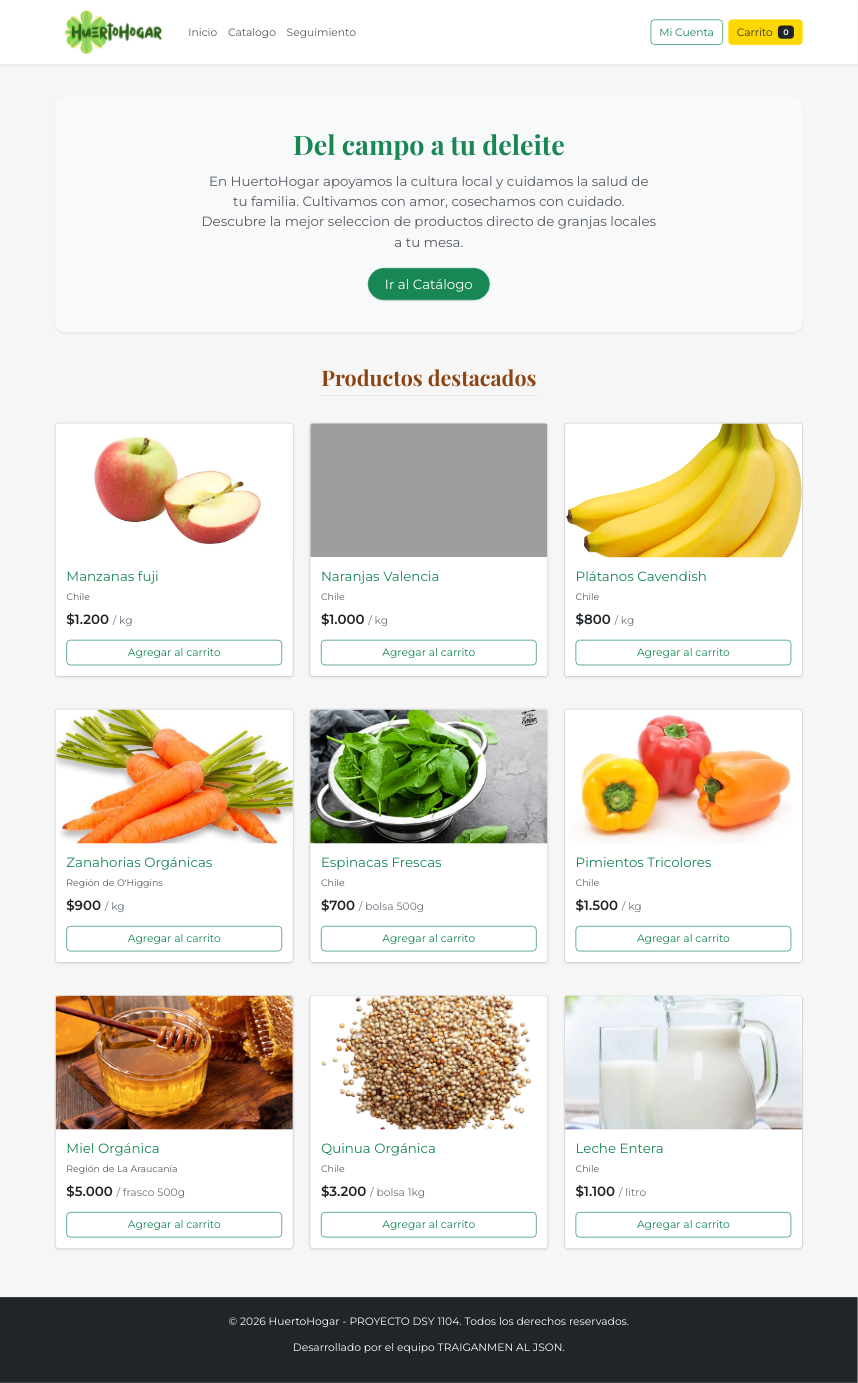
Repository: RottZen/Ev_1_Huerto_Hogar
Page: 1_inicio/index.html
An editor plug-in stored every save of this project. The page is shown before and after the next save, followed by the edit.
The browser window is 1280 px wide. The pictures show the whole page, at 67% of full size.
Pictures or frames that could not be fetched are drawn as grey boxes.

Above is the page before, as saved 2026-09-08 19:52:44.
Console error: SyntaxError: Unexpected token '{'

### 1_inicio/index.html
<!DOCTYPE html>
<html lang="es">
<head>
    <meta charset="UTF-8">
    <meta name="viewport" content="width=device-width, initial-scale=1.0">
    <title>Inicio - HuertoHogar</title>
    <link href="https://cdn.jsdelivr.net/npm/bootstrap@5.3.2/dist/css/bootstrap.min.css" rel="stylesheet">
    <link href="https://fonts.googleapis.com/css2?family=Montserrat:wght@400;600&family=Playfair+Display:wght@600;700&display=swap" rel="stylesheet">
    <link rel="stylesheet" href="../7_comunes/global.css">
    <link rel="stylesheet" href="index.css">

</head>
<body class="d-flex flex-column min-vh-100">
    <!-- menu de navegacion -->
    <header>
        <nav class="navbar navbar-expand-lg navbar-light bg-white shadow-sm">
            <div class="container">
                <a class="navbar-brand" href="../1_inicio/index.html">
                    <img src="../assets/img/logo.png" alt="Logo HuertoHogar" class="logo-header d-inline-block align-text-center">
                </a>
                <button class="navbar-toggler" type="button" data-bs-toggle="collapse" data-bs-target="#menuNavegacion">
                    <span class="navbar-toggler-icon"></span>
                </button>

                <div class="collapse navbar-collapse" id="menuNavegacion">
                    <ul class="navbar-nav me-auto mb-2 mb-lg-0">
                        <li class="nav-item"><a class="nav-link" href="../1_inicio/index.html">Inicio</a></li>
                        <li class="nav-item"><a class="nav-link" href="../2_catalogo/catalogo.html">Catalogo</a></li>
                        <li class="nav-item"><a class="nav-link" href="../6_seguimiento/rastreo.html">Seguimiento</a></li>
                    </ul>
                    <div class="d-flex gap-2">
                        <a href="../4_autenticacion/registro.html" class="btn btn-outline-success">Mi Cuenta</a>
                        <!-- boton del carrito de compras con contador dinamico js KU -->
                        <a href="../3_carrito/carrito.html" class="btn btn-warning">
                            Carrito <span class="badge bg-dark ms-1" id="contador-carrito">0</span>
                        </a>
                    </div>
                </div>
            </div>
        </nav>
    </header>

    <!-- MAIN CONTENEDOR DINAMICO -->
    <main class="container my-5 flex-grow-1">

            <section class="hero-section text-center p-5 mb-5 rounded-4 shadow-sm bg-light">

                    <div class="col-lg-8 col-md-8 mx-auto">
                        <h1 class="fw-bold text-success mb-3" style="font-family: 'Playfair Display', serif;">Del campo a tu deleite</h1>
                        <p class="lead text-muted mb-4">En HuertoHogar apoyamos la cultura local y cuidamos la salud de tu familia. Cultivamos con amor, cosechamos con cuidado. Descubre la mejor seleccion de productos directo de granjas locales a tu mesa.</p>
                        <!-- btn catalogo -->
                        <a href="../2_catalogo/catalogo.html" class="btn btn-success btn-lg px-4 rounded-pill shadow-sm">Ir al Catálogo</a>

                    </div>

            </section>


        <div class="mb-4 text-center">
            <h2 class="fw-bold mb-3 border-bottom pb-2 d-inline-block">Productos destacados</h2>


        <!-- contenedor js     -->
        </div>
        <div class="grid-productos row row-cols-1 row-cols-md-3 row-cols-lg-4 g-4"></div>





    </main>
    <footer class="bg-dark text-light py-4 mt-auto">
        <div class="container text-center">
            <p>&copy; 2026 HuertoHogar - PROYECTO DSY 1104. Todos los derechos reservados.</p>
            <p>Desarrollado por el equipo TRAIGANMEN AL JSON.</p>
        </div>
    </footer>
    <script src="https://cdn.jsdelivr.net/npm/bootstrap@5.3.2/dist/js/bootstrap.bundle.min.js"></script>
    <script src="../7_comunes/datos.js"></script>
    <script src="index.js"></script>





</body>
</html>

### 7_comunes/global.css
/* tipografia */
@import url('https://fonts.googleapis.com/css2?family=Montserrat:wght@400;600&family=Playfair+Display:wght@600;700&display=swap');

/* variable colores of */
:root{
    --blanco-suave: #f6f6f6;
    --verde-esmeralda: #2e8b57;
    --amarillo-mostaza: #ffd700;
    --marron-claro: #8B4513;
    --gris-oscuro: #333333;
    --gris-medio: #666666;

}
.logo-header{
    height: 70px;
    width: auto;
    object-fit: contain;

}

/* configuracion base */
body{
    background-color: var(--blanco-suave);
    color : var(--gris-oscuro);
    font-family: 'Montserrat', sans-serif;
}

h1, h2, h3, h4{
    font-family: 'Playfair Display', serif;
    color: var(--marron-claro)
}


/* sobreescribir botones feos de bootstrap */

.btn-primary{
    background-color: var(--verde-esmeralda) !important;
    border-color: var(--verde-esmeralda) !important;
    color: white !important;
}
.btn-primary:hover{
    background-color: #246b43 !important; /*mas oscurito pa q se note la interaccion */
    border-color: #246b43 !important;
}
.btn-warning{
    background-color: var(--amarillo-mostaza) !important;
    border-color: var(--amarillo-mostaza) !important;
    color: var(--gris-oscuro) !important;
}

### 7_comunes/datos.js
const productos = [
    {
        "Codigo": "FR001",
        "nombre": "Manzanas fuji",
        "categoria": "frutas",
        "precio": 1200,
        "unidad": "kg",
        "imagen": "../assets/img/manzana-fuji.jpg",
        "descripcion": "Jugosas y ricas en vitamina C, ideales para zumos frescos y refrescantes.",
        "origen": "Chile",
        "stock": 200
    },
    {
        "Codigo": "FR002",
        "nombre": "Naranjas Valencia",
        "categoria": "frutas",
        "precio": 1000,
        "unidad": "kg",
        "imagen": "../assets/img/naranjas-valencia.jpg",
        "descripcion": "Jugosas y ricas en vitamina C, ideales para zumos frescos y refrescantes.",
        "origen": "Chile",
        "stock": 200
    },
    {
        "Codigo": "FR003",
        "nombre": "Plátanos Cavendish",
        "categoria": "frutas",
        "precio": 800,
        "unidad": "kg",
        "imagen": "../assets/img/platanos-cavendish.jpg",
        "descripcion": "Plátanos maduros y dulces, perfectos para el desayuno o como snack energético.",
        "origen": "Chile",
        "stock": 250
    },
    {
        "Codigo": "VR001",
        "nombre": "Zanahorias Orgánicas",
        "categoria": "verduras",
        "precio": 900,
        "unidad": "kg",
        "imagen": "../assets/img/zanahorias-organicas.jpg",
        "descripcion": "Zanahorias crujientes cultivadas sin pesticidas. Excelente fuente de vitamina A y fibra.",
        "origen": "Región de O'Higgins",
        "stock": 100
    },
    {
        "Codigo": "VR002",
        "nombre": "Espinacas Frescas",
        "categoria": "verduras",
        "precio": 700,
        "unidad": "bolsa 500g",
        "imagen": "../assets/img/espinacas-frescas.jpg",
        "descripcion": "Espinacas frescas y nutritivas, perfectas para ensaladas y batidos verdes.",
        "origen": "Chile",
        "stock": 80
    },
    {
        "Codigo": "VR003",
        "nombre": "Pimientos Tricolores",
        "categoria": "verduras",
        "precio": 1500,
        "unidad": "kg",
        "imagen": "../assets/img/pimientos-tricolores.jpg",
        "descripcion": "Pimientos rojos, amarillos y verdes, ideales para salteados y platos coloridos.",
        "origen": "Chile",
        "stock": 120
    },
    {
        "Codigo": "PO001",
        "nombre": "Miel Orgánica",
        "categoria": "organicos",
        "precio": 5000,
        "unidad": "frasco 500g",
        "imagen": "../assets/img/miel-organica.jpg",
        "descripcion": "Miel pura y orgánica producida por apicultores locales. Rica en antioxidantes y con un sabor inigualable.",
        "origen": "Región de La Araucanía",
        "stock": 50
    },
    {
        "Codigo": "PO003",
        "nombre": "Quinua Orgánica",
        "categoria": "organicos",
        "precio": 3200,
        "unidad": "bolsa 1kg",
        "imagen": "../assets/img/quinua-organica.jpg",
        "descripcion": "Quinua orgánica, alta en proteínas y libre de gluten, ideal para una alimentación saludable.",
        "origen": "Chile",
        "stock": 35
    },
    {
        "Codigo": "PL001",
        "nombre": "Leche Entera",
        "categoria": "lacteos",
        "precio": 1100,
        "unidad": "litro",
        "imagen": "../assets/img/leche-entera.jpg",
        "descripcion": "Leche entera proveniente de granjas locales, rica en calcio y nutrientes esenciales.",
        "origen": "Chile",
        "stock": 90
    }
];


function obtenerCarrito() {
    const carritoGuardado = localStorage.getItem("carritoHuertoHogar");
    return carritoGuardado ? JSON.parse(carritoGuardado) : [];
}

function guardarCarrito(carrito) {
    localStorage.setItem("carritoHuertoHogar",JSON.stringify(carrito));
    actualizarContadorCarrito()
}

function agregarAlCarrito(codProducto,cantidad = 1) {
    const producto = productos.find(p => p.Codigo == codProducto);
    if (!producto){
        console.error("Producto no encontrado");
        return;
    }
    const carrito = obtenerCarrito();
    const itemExistente = carrito.find(item => item.Codigo == codProducto);
    if (itemExistente) {
        itemExistente.cantidad += cantidad;
    } else {
        carrito.push({
            "Codigo" : producto.Codigo,
            "nombre" : producto.nombre,
            "precio" : producto.precio,
            "imagen" : producto.imagen,
            "cantidad" : cantidad
        });
    }
    guardarCarrito(carrito)
}

function eliminarDelCarrito(codProducto) {
    let carrito = obtenerCarrito();
    carrito = carrito.filter(item => item.Codigo !== codProducto);
    guardarCarrito(carrito);
    renderizarCarrito();
}

function actualizarCantidad(codProducto, nuevaCantidad) {
    const carrito = obtenerCarrito();
    const item = carrito.find(item => item.Codigo === codProducto);

    if (item && nuevaCantidad > 0) {
        item.cantidad = nuevaCantidad;
        guardarCarrito(carrito);
        renderizarCarrito();
    }
}

function calcularTotalCarrito() {
    const carrito = obtenerCarrito();
    return carrito.reduce((total, item) => total + (item.precio * item.cantidad), 0);
}

function actualizarContadorCarrito() {
    const contador = document.querySelector("#contador-carrito");
    if (!contador) {
        return;
    }
    const carrito = obtenerCarrito();
    const productostotales = carrito.reduce((total, item) => total + item.cantidad, 0);
    contador.textContent = productostotales;
}

function renderizarProductos(listaProductos = productos) {
    const contenedor = document.querySelector(".grid-productos");
    if (!contenedor) return;

    contenedor.innerHTML = "";

    listaProductos.forEach(producto => {
        const tarjeta = document.createElement("article");
        tarjeta.className = "col-12 col-md-6 col-lg-4 mb-4"; // Clases de grilla Bootstrap
        tarjeta.innerHTML = `
            <div class="card h-100 shadow-sm">
                <img src="${producto.imagen}" class="card-img-top" alt="${producto.nombre}" style="height: 200px; object-fit: cover;">
                <div class="card-body d-flex flex-column">
                    <h5 class="card-title text-success">${producto.nombre}</h5>
                    <p class="text-muted small mb-2">${producto.origen}</p>
                    <p class="fs-5 fw-bold mb-3">$${producto.precio.toLocaleString("es-CL")} <span class="fs-6 fw-normal text-secondary">/ ${producto.unidad}</span></p>
                    <button class="btn btn-outline-success mt-auto w-100" onclick="agregarAlCarrito('${producto.Codigo}')">Agregar al carrito</button>
                </div>
            </div>
        `;
        contenedor.appendChild(tarjeta);
    });
}

function filtrarPorCategoria(categoria) {
    if (categoria === "todos") {
        renderizarProductos(productos);
    } else {
        const filtrados = productos.filter(p => p.categoria === categoria);
        renderizarProductos(filtrados);
    }
}

// Dibuja el contenido del carrito en carrito.html
function renderizarCarrito() {
    const contenedor = document.querySelector("#tabla-carrito");
    if (!contenedor) return;

    const carrito = obtenerCarrito();
    contenedor.innerHTML = "";

    if (carrito.length === 0) {
        contenedor.innerHTML = '<tr><td colspan="5" class="text-center py-4 text-muted">El carrito está vacío</td></tr>';
    } else {
        carrito.forEach(item => {
            const fila = document.createElement("tr");
            fila.classList.add("item-carrito");
            fila.innerHTML = `
                <td class="d-flex align-items-center">
                    <img src="${item.imagen}" alt="${item.nombre}" style="width : 50px; height: 50px; object-fit: cover;" class= "rounded me-2">
                    <span>${item.nombre}</span>
                </td>
                <td>$${item.precio.toLocaleString("es-CL")}</td>
                <td>
                    <input type="number" class="form-control form-control-sm" style="width: 70px;" min="1" value="${item.cantidad}"
                        onchange="actualizarCantidad('${item.Codigo}', parseInt(this.value))">

                </td>
                <td>
                    <span class="fw-bold text-success ms-2">
                    $${(item.precio * item.cantidad).toLocaleString("es-CL")}</span>
                </td>
                <td>
                    <button class="btn btn-danger btn-sm" onclick="eliminarDelCarrito('${item.Codigo}')">Eliminar</button>
                </td>
                `;
                contenedor.appendChild(fila);
            });
        }

    const totalElemento = document.querySelector("#total-carrito");
    const subtotalElemento = document.querySelector("#subtotal-carrito");

    if (totalElemento && subtotalElemento) {
        const totalCalculado = calcularTotalCarrito().toLocaleString("es-CL");
        subtotalElemento.textContent = `$${totalCalculado} CLP`;
        totalElemento.textContent = `$${calcularTotalCarrito().toLocaleString("es-CL")}`;
    }
}

document.addEventListener("DOMContentLoaded", () => {
    actualizarContadorCarrito();
    renderizarProductos();
    renderizarCarrito();
})

### 1_inicio/index.js
document.addEventListener('DOMContentLoaded',() => {
    const contenedorInicio = document.querySelector(".grid-productos");
    is (contenedorInicio){
        const productosDestacados = [...productos ]
        .sort (() => Math.random() - 0.5)
        .slice(0, 4);
        renderizarProductos(productosDestacados);
    }
  });

Loaded but not shown: 1_inicio/index.css (no stored copy; drawn as an empty file)

After the next save:
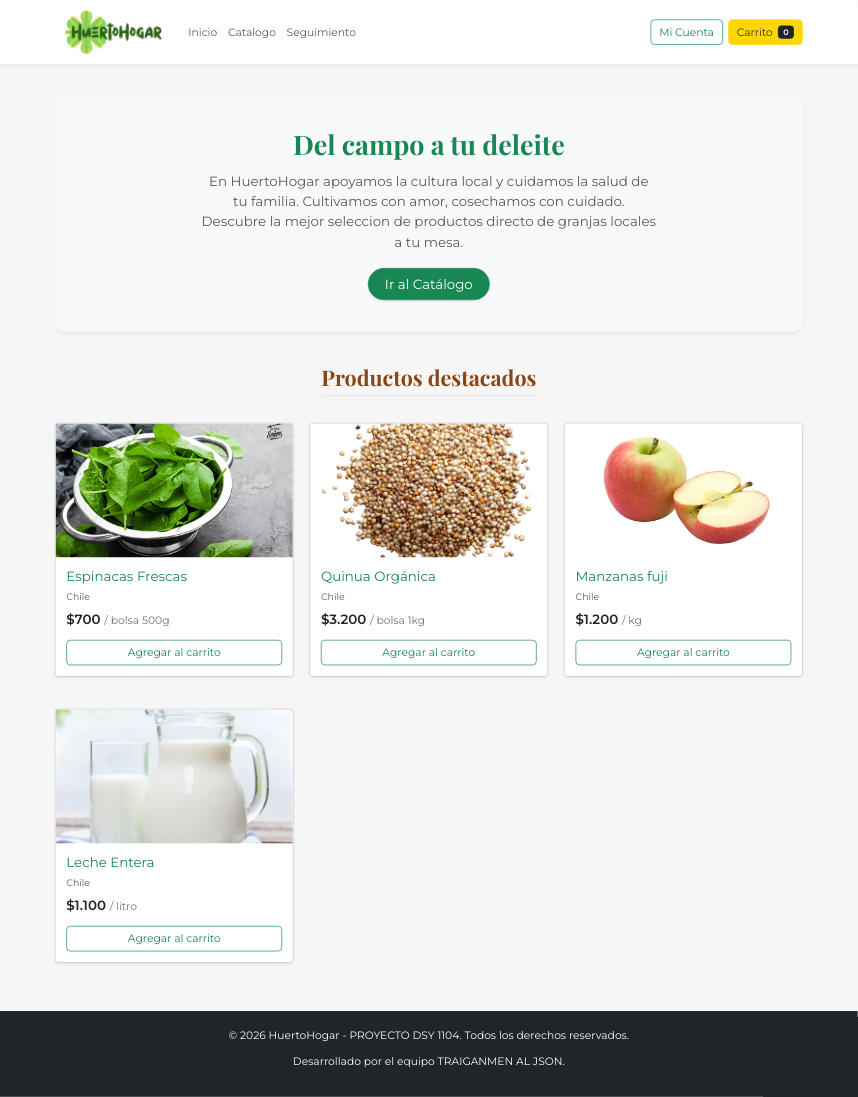
The error is gone.
Saved 18 s later.
--- a/1_inicio/index.js
+++ b/1_inicio/index.js
@@ -1,6 +1,6 @@
 document.addEventListener('DOMContentLoaded',() => {
     const contenedorInicio = document.querySelector(".grid-productos");
-    is (contenedorInicio){
+    if (contenedorInicio){
         const productosDestacados = [...productos ]
         .sort (() => Math.random() - 0.5)
         .slice(0, 4);
